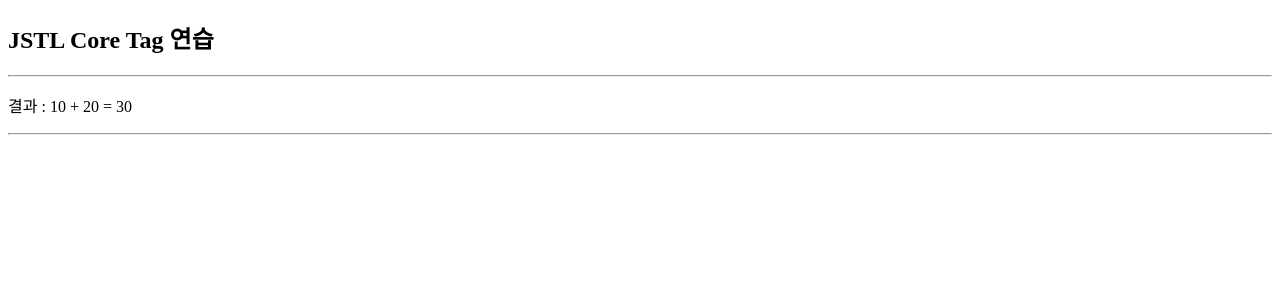
Repository: emthrology/servertest
Page: http://localhost/jspTag/JSTL/jsp_JSTL_Basic1.jsp
These files come from the project's save history. The page is drawn as it stood at one moment and after the next save; the edit follows.
The browser window is 1280 px wide. The pictures show the whole page.
The page is served by Tomcat 9.

Above is the page before, as saved 2019-05-16 04:41:41.

### apache/jspTag/WebContent/JSTL/jsp_JSTL_Basic1.jsp
<%@ page language="java" contentType="text/html; charset=UTF-8"
    pageEncoding="UTF-8"%>
<!DOCTYPE html>
<html>
<head>
<meta charset="UTF-8">
<title>Insert title here</title>
</head>
<body>
	<%@ taglib uri="http://java.sun.com/jsp/jstl/core" prefix="c" %>
	<h2>JSTL Core Tag 연습</h2>
	<hr>
	<c:set var="num1" value="10"/>
	<c:set var="num2" value="20"/>
	<p>결과 : ${num1 } + ${num2 } = ${num1+ num2 } </p>
	<hr>
	<!-- 변수에 스코프 지정 -->
	<c:set var="num" value="100" scope="request"/>
	<c:set var="num" value="100" scope="session"/>

</body>
</html>

After the next save:
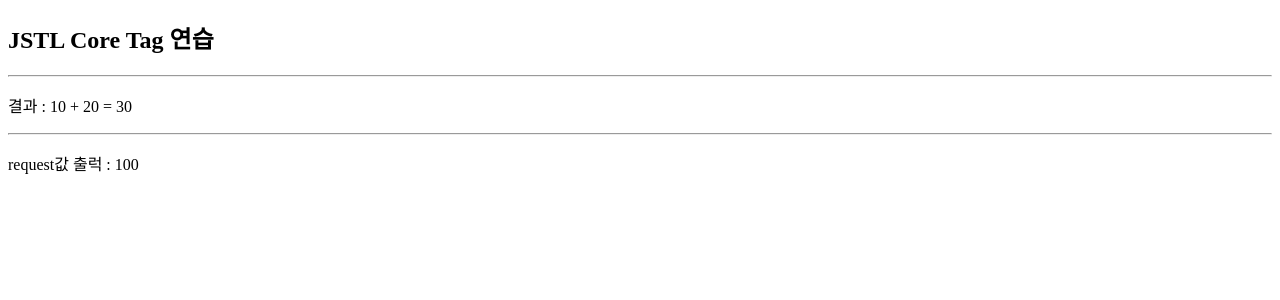
Saved 79 s later.
--- a/apache/jspTag/WebContent/JSTL/jsp_JSTL_Basic1.jsp
+++ b/apache/jspTag/WebContent/JSTL/jsp_JSTL_Basic1.jsp
@@ -17,6 +17,7 @@
 	<!-- 변수에 스코프 지정 -->
 	<c:set var="num" value="100" scope="request"/>
 	<c:set var="num" value="100" scope="session"/>
+	<p>request값 출럭 : ${requestScope.num }</p>
 
 </body>
 </html>
